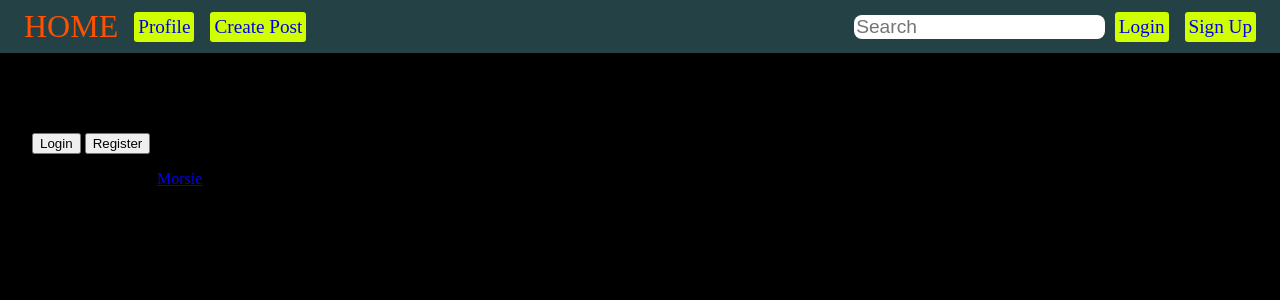
Repository: MorsChen/python-blog
Page: templates/home.html
These files come from the project's save history. The page is drawn as it stood at one moment and after the next save; the edit follows.
The browser window is 1280 px wide. The pictures show the whole page.
The page is served by the project's application, run on Flask 3 (default.py). The template is opened directly, without the code that normally fills it, so the values that code supplies are empty.

Above is the page before, as saved 2019-09-09 17:02:50.

After the next save:
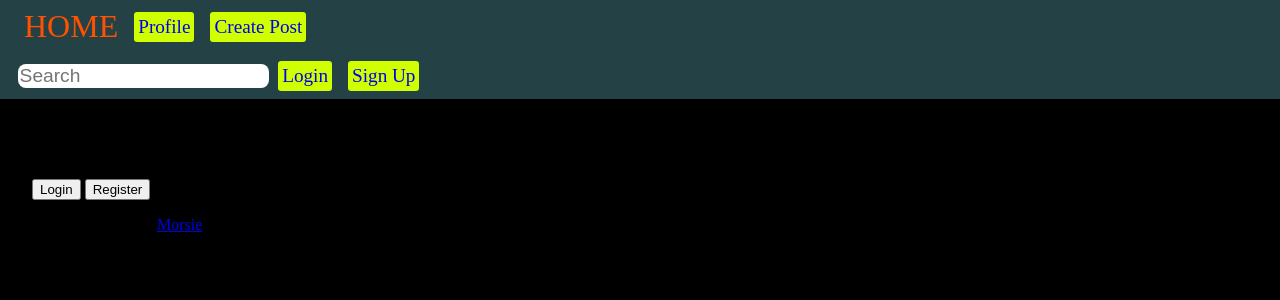
Saved 38 s later.
--- a/templates/index.html
+++ b/templates/index.html
@@ -8,16 +8,18 @@
   </head>
   <body>
       <nav class="NavBar">
-        <div class="nav-box1">
-            <a class="a-nav" href="{{url_for('main')}}">HOME</a>
-            <a class="btn" href="{{url_for('profile')}}">Profile</a>
-            <a class="btn" href="{{url_for('newpost')}}">Create Post</a>
-        </div>
-        <div class="nav-box2">
-            <input class="ip-nav" placeholder="Search" >
-            <a class="btn" href="{{url_for('login')}}">Login</a>
-            <a class="btn" href="{{url_for('register')}}">Sign Up</a>
+        <div class="nav-box">
+            <div class="nav-box1">
+                <a class="a-nav" href="{{url_for('main')}}">HOME</a>
+                <a class="btn" href="{{url_for('profile')}}">Profile</a>
+                <a class="btn" href="{{url_for('newpost')}}">Create Post</a>
+            </div>
+            <div class="nav-box2">
+                <input class="ip-nav" placeholder="Search" >
+                <a class="btn" href="{{url_for('login')}}">Login</a>
+                <a class="btn" href="{{url_for('register')}}">Sign Up</a>
 
+            </div>
         </div>
       </nav>
 
